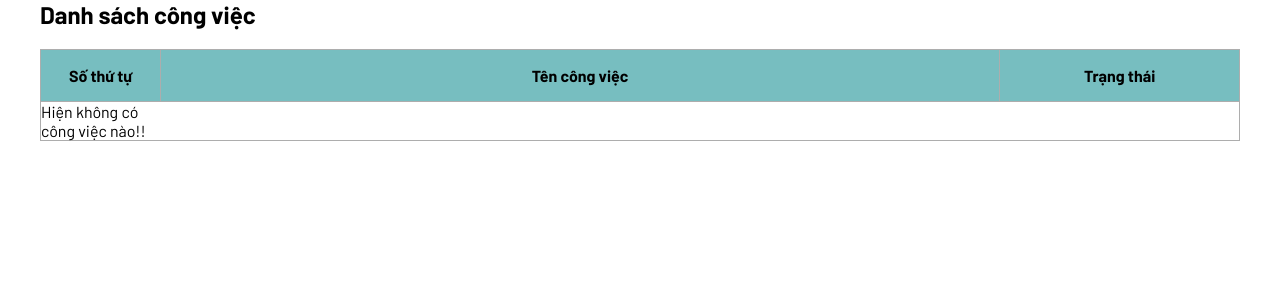
Repository: OkazakiTruong/searchReact
Page: /
An editor plug-in stored every save of this project. The page is shown before and after the next save, followed by the edit.
The browser window is 1280 px wide. The pictures show the whole page.
The page's requests for data from a server got no answer. The project was rebuilt for these pictures with package versions that can differ from the ones it lists, and the page was loaded fresh each time. No one was signed in, and anything a server would have sent is missing. Also part of the build but not shown: vite.config.js.

Above is the page before, as saved 2024-01-11 14:05:16.

After the next save:
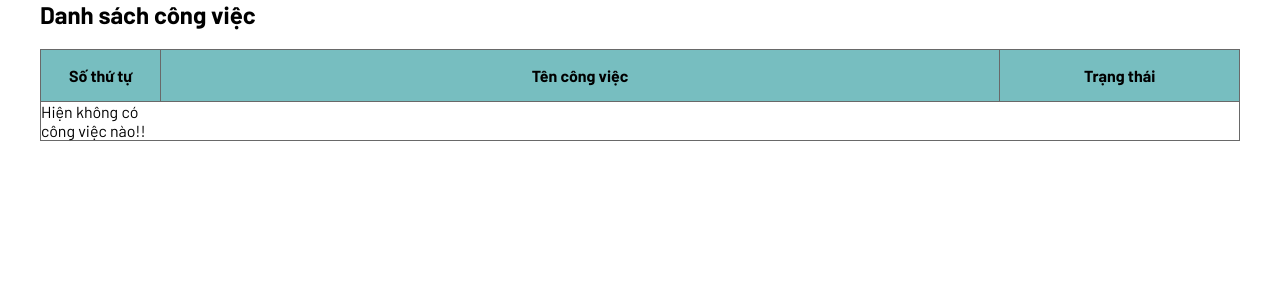
Saved 6 s later.
--- a/src/SearchApp/Todo/listTodo.css
+++ b/src/SearchApp/Todo/listTodo.css
@@ -4,7 +4,7 @@ table {
 table,
 th,
 td {
-  border: 1px solid #adadad;
+  border: 1px solid #696969;
   border-collapse: collapse;
 }
 th,
